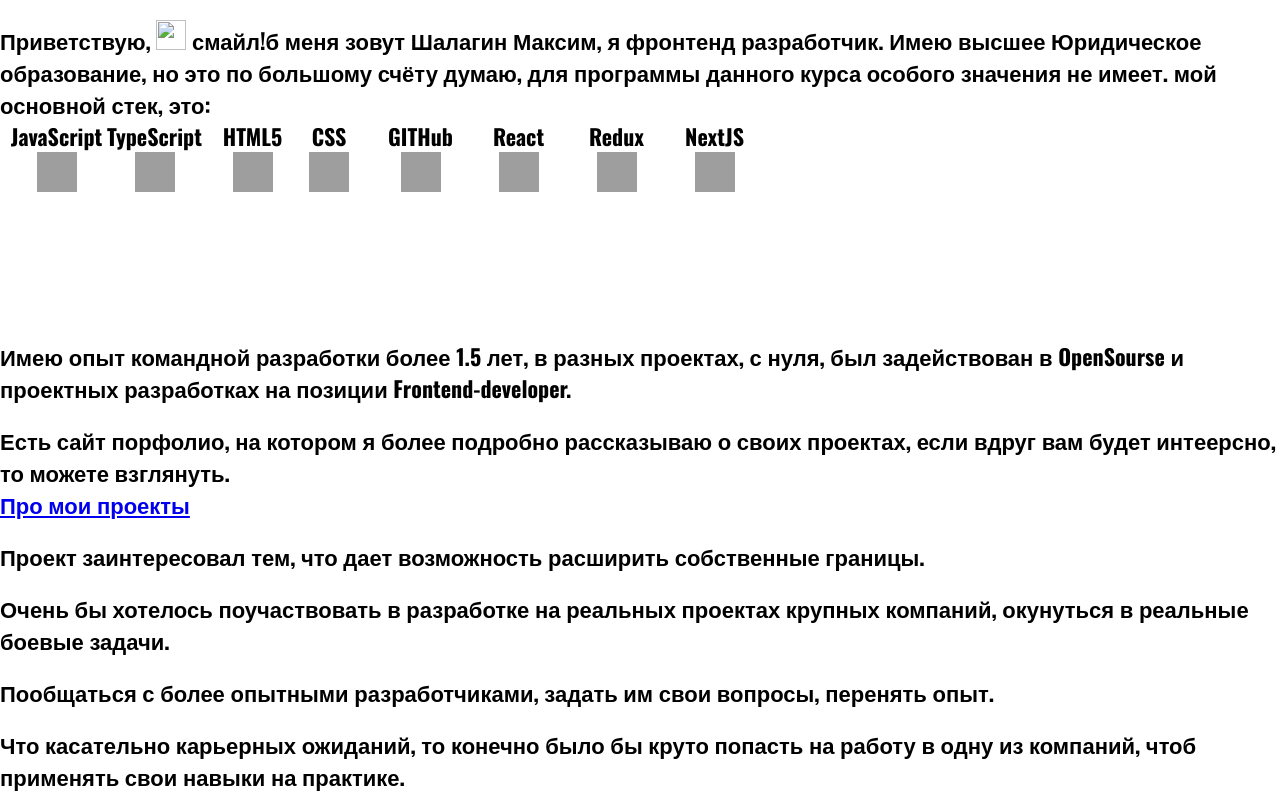
Repository: ni4egonepridumal/letter
Page: index.html
The author's editor kept a copy of each file at every save. The page is drawn from the files as they stood at one save, then again after the next save.
The browser window is 1280 px wide. The pictures show the whole page.
Pictures or frames that could not be fetched are drawn as grey boxes.

Above is the page before, as saved 2024-01-18 17:35:25.

After the next save:
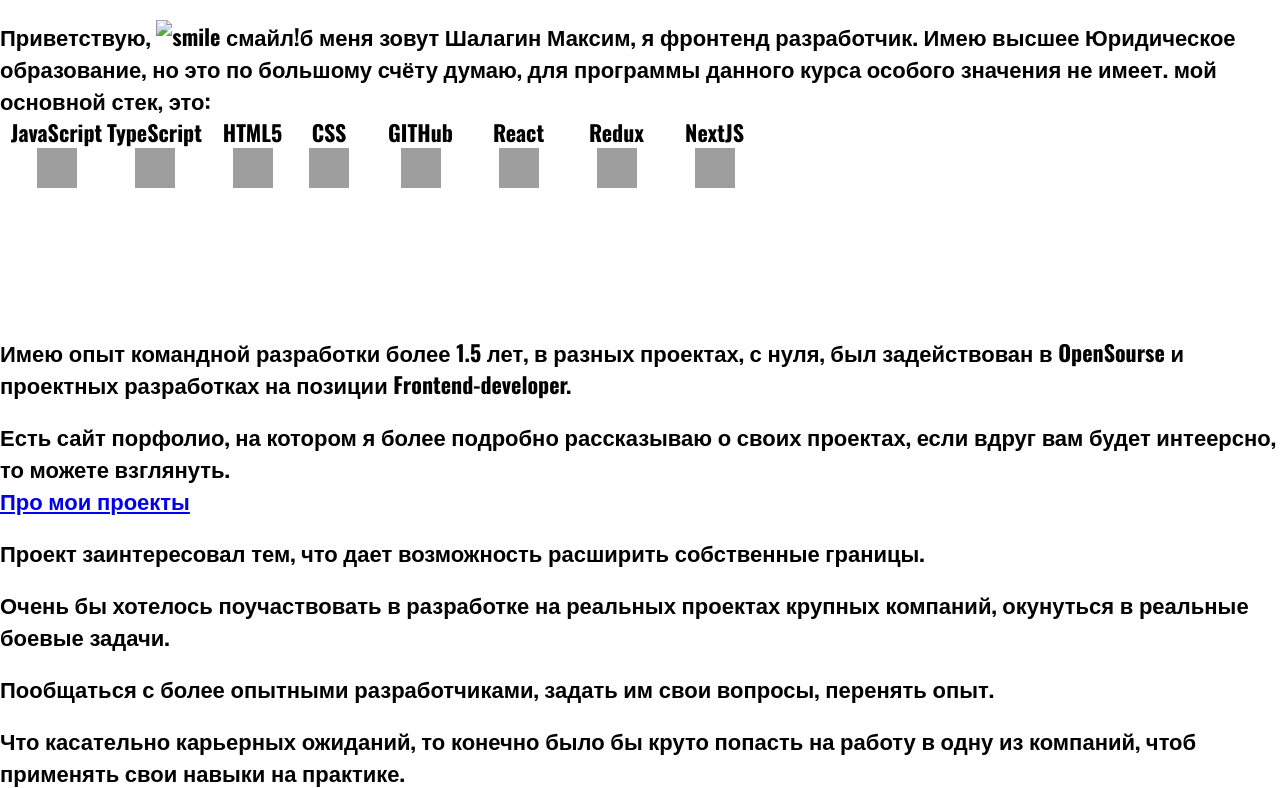
Saved 9 s later.
--- a/index.html
+++ b/index.html
@@ -21,6 +21,7 @@
             src="https://yandex.ru/images/search?from=tabbar&img_url=https%3A%2F%2Fi.pinimg.com%2Foriginals%2F85%2Fcf%2F81%2F85cf81f8b2d110903e669544108dc50f.png&lr=56&pos=24&rpt=simage&text=%D0%BC%D0%B0%D1%88%D1%83%D1%89%D0%B8%D0%B9%20%D1%81%D0%BC%D0%B0%D0%B9%D0%BB"
             width="30"
             height="30"
+            alt="smile"
           /> </span
         >смайл!б меня зовут Шалагин Максим, я фронтенд разработчик. Имею высшее
         Юридическое образование, но это по большому счёту думаю, для программы
